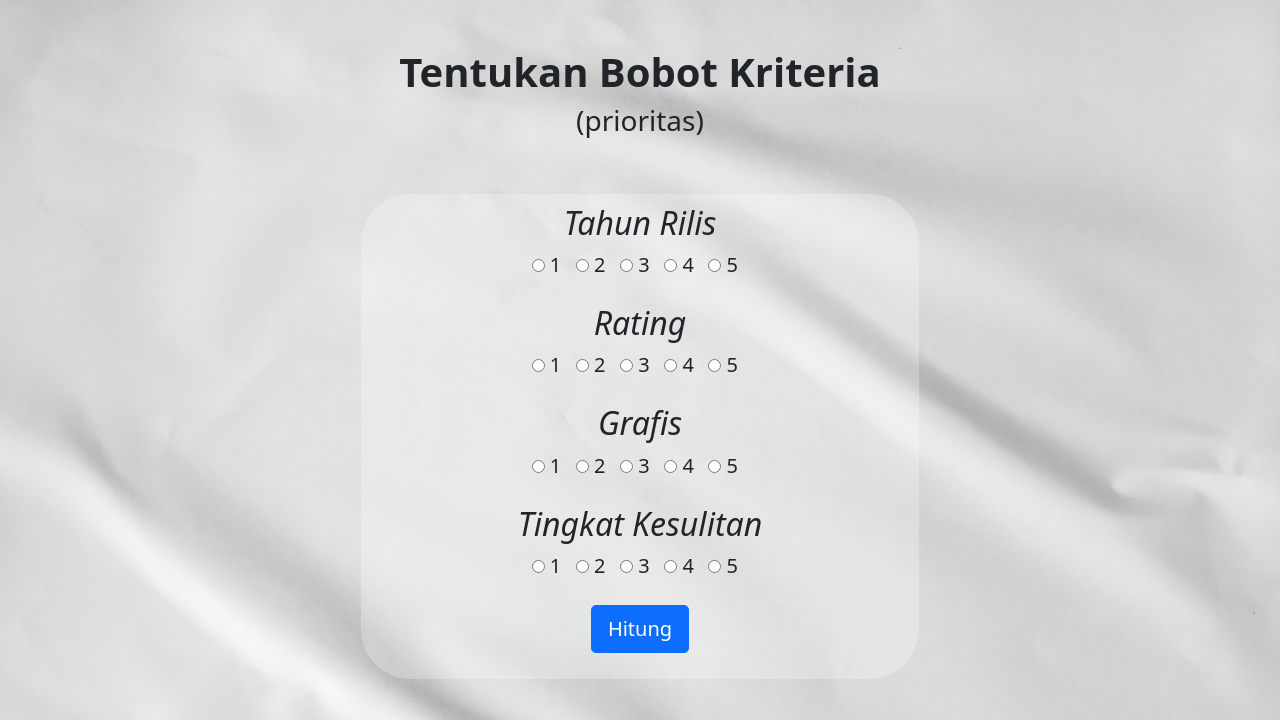
Repository: aqordeon/SPKWP
Page: http://localhost/hitungKriteria.php
An editor plug-in stored every save of this project. The page is shown before and after the next save, followed by the edit.
The browser window is 1280 px wide. The pictures show the whole page.
The page is run by PHP 8.4 with error messages shown; the project is at /var/www/html/. Queries for data that is not in the repository find no rows.

Above is the page before, as saved 2021-01-13 23:52:37.

After the next save:
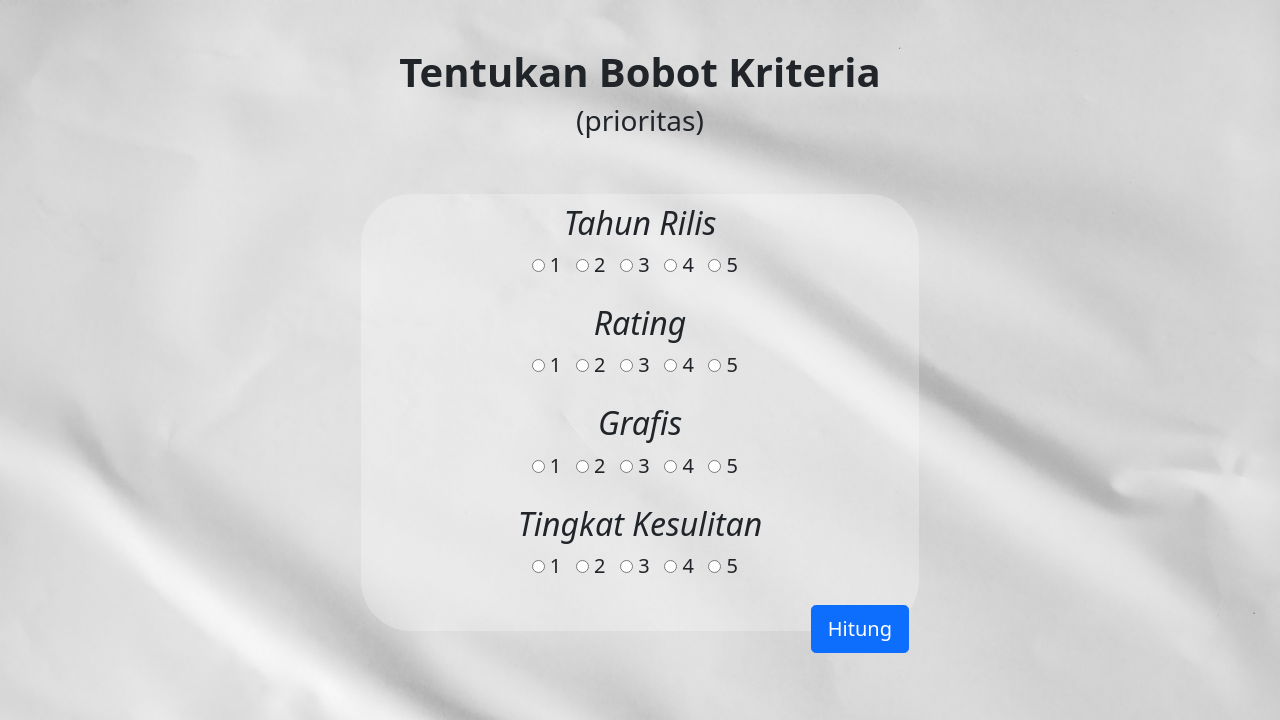
Saved 19 s later.
--- a/hitungKriteria.php
+++ b/hitungKriteria.php
@@ -70,7 +70,7 @@
                     <input type="radio" id="optradio_tingkatkesulitan5" name="radio_tingkatkesulitan" value="5"><label for="optradio_tingkatkesulitan5">&nbsp;5&nbsp;&nbsp;</label>
 
                     <br><Br>
-                    <input type='submit' class="btn btn-primary btn-lg" value='Hitung' name='but_upload'>
+                    <input type='submit' class="btn btn-primary btn-lg" value='Hitung' name='but_upload' style="float: right;">
                 </form>
             </div>
 

After the save that followed:
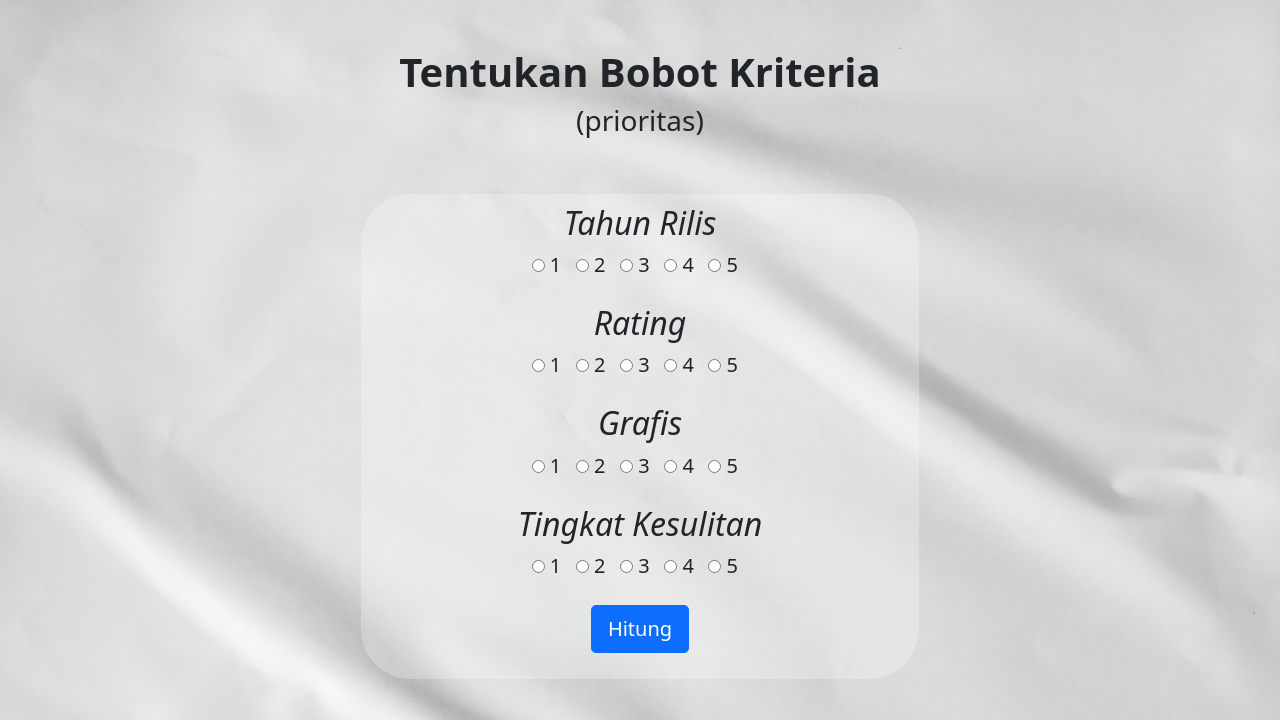
Saved 12 s later.
--- a/hitungKriteria.php
+++ b/hitungKriteria.php
@@ -70,7 +70,7 @@
                     <input type="radio" id="optradio_tingkatkesulitan5" name="radio_tingkatkesulitan" value="5"><label for="optradio_tingkatkesulitan5">&nbsp;5&nbsp;&nbsp;</label>
 
                     <br><Br>
-                    <input type='submit' class="btn btn-primary btn-lg" value='Hitung' name='but_upload' style="float: right;">
+                    <input type='submit' class="btn btn-primary btn-lg" value='Hitung' name='but_upload'>
                 </form>
             </div>
 
